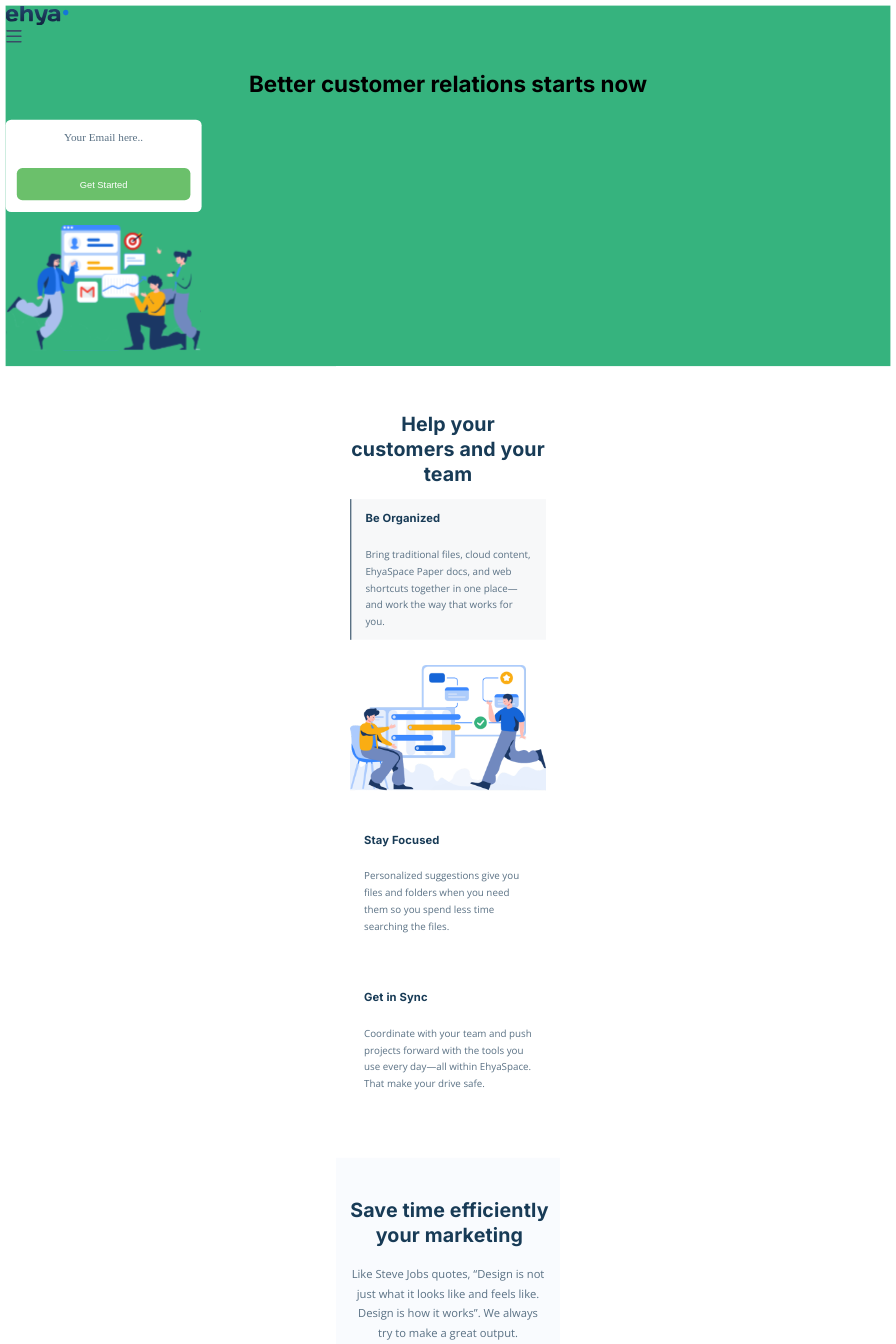
Repository: umlaufissss/provaFront
Page: HTML/index.html
An editor plug-in stored every save of this project. The page is shown before and after the next save, followed by the edit.
The browser window is 1280 px wide. The pictures show the part of the page from y = 0 to 1920 px (the page is 3624 px tall before and 3429 px after), at 70% of full size.
Some web fonts or font styles are not loaded; a fallback is used.

Above is the page before, as saved 2026-06-22 19:17:02.

After the next save:
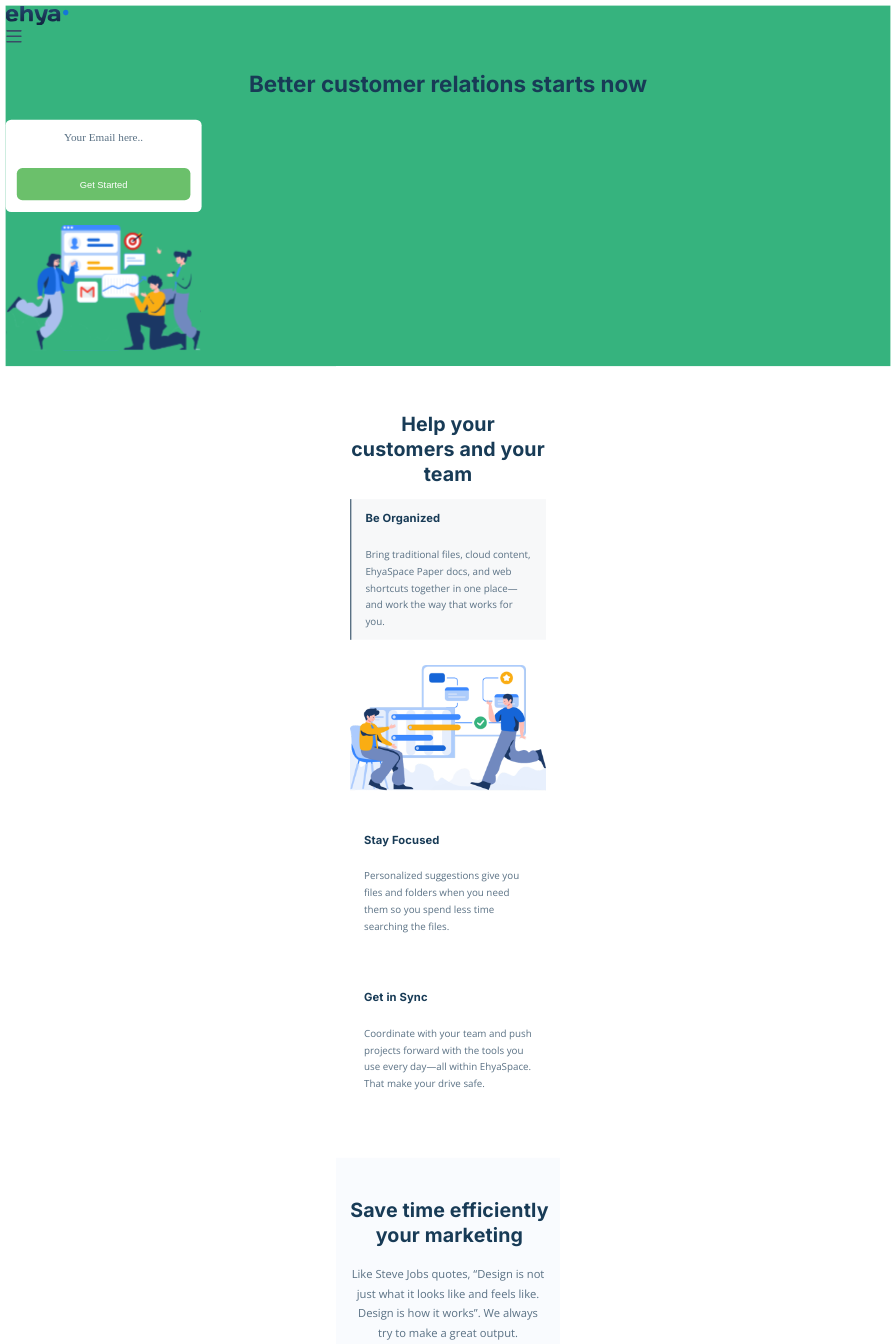
Saved 2 s later.
--- a/CSS/style.css
+++ b/CSS/style.css
@@ -38,7 +38,7 @@
 
 .phrase h1{
     font-family: "Inter" , sans-serif;
-    color: #183B56
+    color: #183B56;
     font-weight: 300 ;
 
     font-family: Inter;
@@ -318,7 +318,7 @@
 .cardFooter ul li {
     list-style-type: none;
     margin: 15px;
-    margin:;
+    margin:0;
 
 }
 .cardFooter a{
